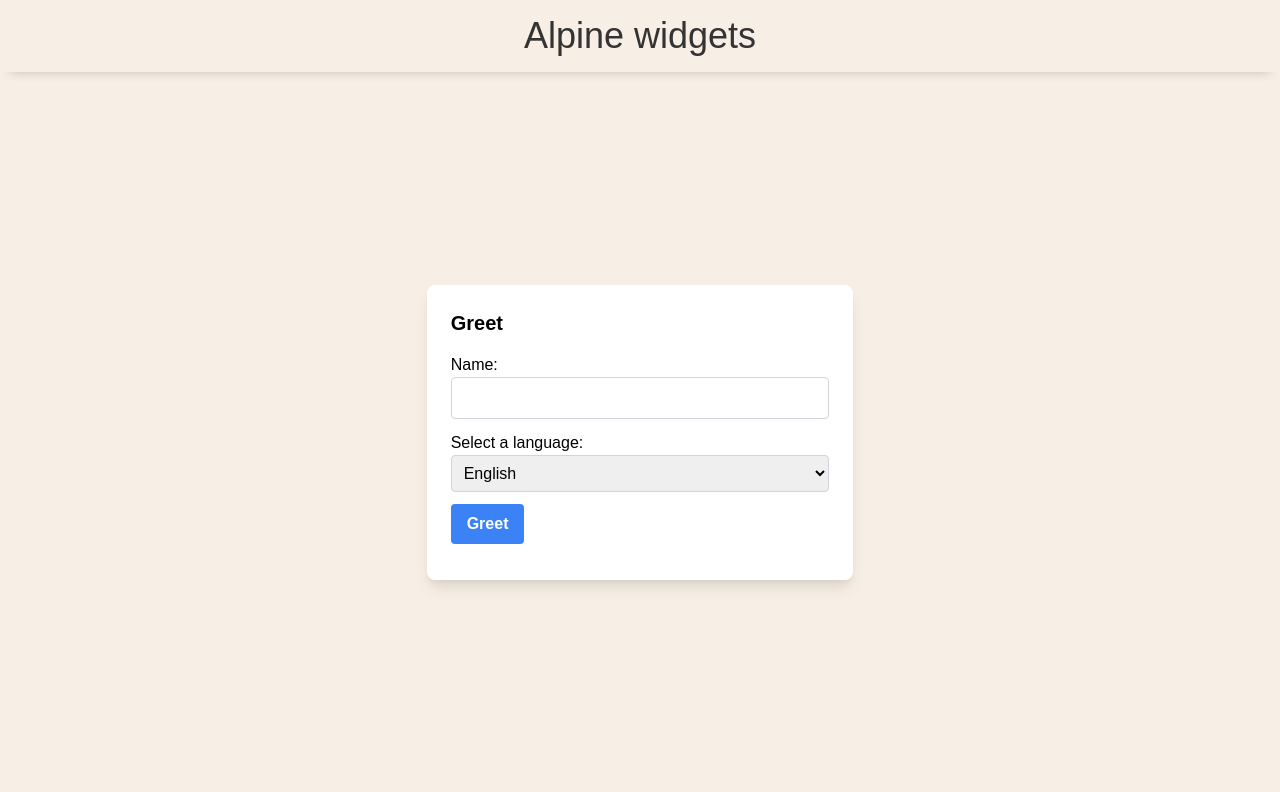
Repository: lasity34/alpine-bootcamp-widgets
Page: index.html
The author's editor kept a copy of each file at every save. The page is drawn from the files as they stood at one save, then again after the next save.
The browser window is 1280 px wide. The pictures show the whole page.
Some web fonts or font styles are not loaded; a fallback is used. Some web libraries are served in a nearby version.

Above is the page before, as saved 2023-07-12 11:27:02.

After the next save:
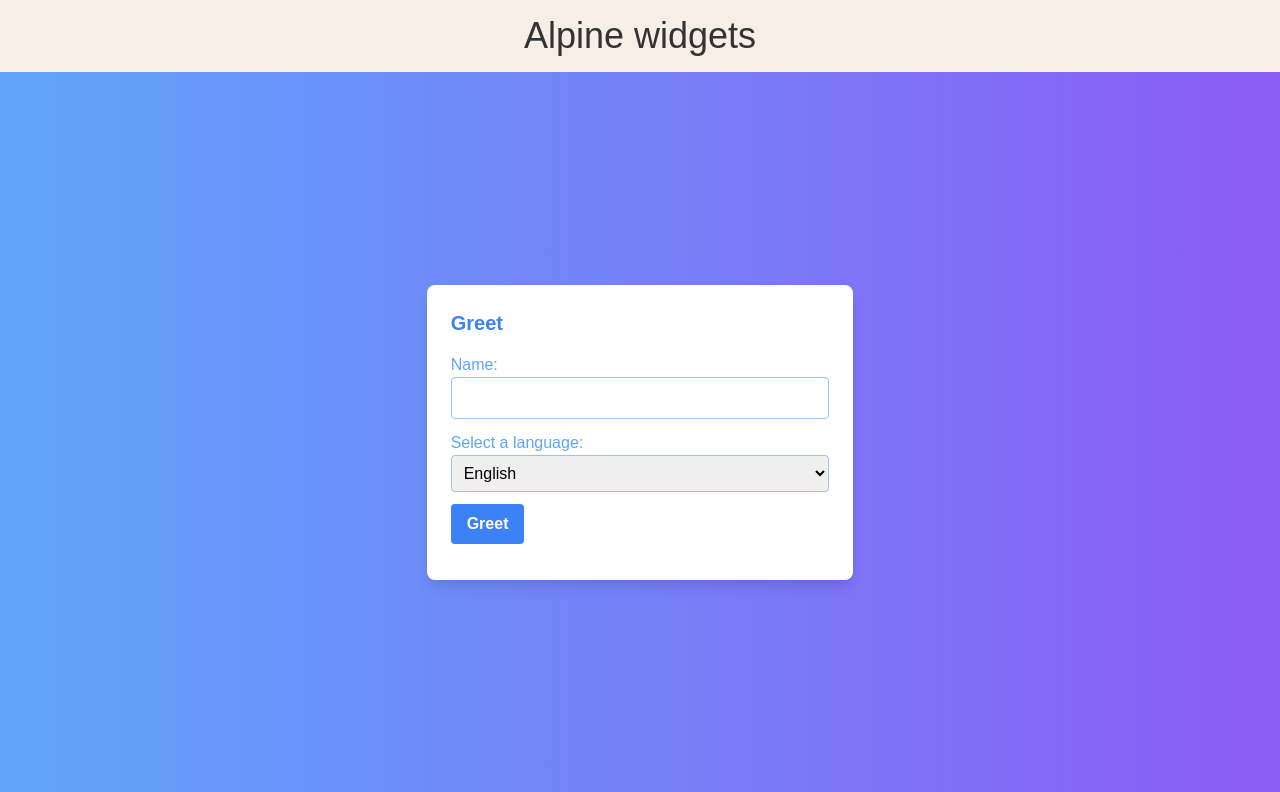
Saved 2 min 44 s later.
--- a/index.html
+++ b/index.html
@@ -16,15 +16,15 @@
 </head>
 <body >
     <h1 class="text-4xl text-center mt-4 pb-4" >Alpine widgets</h1>
-    <div class="flex justify-center items-center h-screen">
+    <div class="flex justify-center items-center h-screen bg-gradient-to-r from-blue-400 to-purple-500">
       <section class="w-1/3 bg-white rounded-lg shadow-lg p-6 m-4" x-data="greet">
-        <h2 class="text-xl font-bold mb-4">Greet</h2>
+        <h2 class="text-xl font-bold mb-4 text-blue-500">Greet</h2>
         <div>
-          <label>Name:</label>
-          <input type="text" x-model="name" class="border border-gray-300 p-2 rounded w-full"/>
+          <label class="text-blue-400">Name:</label>
+          <input type="text" x-model="name" class="border border-blue-300 p-2 rounded w-full"/>
 
-          <label class="mt-3 block">Select a language:</label>
-          <select x-model="language" class="border border-gray-300 p-2 rounded w-full">
+          <label class="mt-3 block text-blue-400">Select a language:</label>
+          <select x-model="language" class="border border-blue-300 p-2 rounded w-full">
             <option>English</option>
             <option>French</option>
             <option>Spanish</option>
@@ -32,11 +32,12 @@
 
           <button @click="greeting()" class="mt-3 bg-blue-500 hover:bg-blue-700 text-white font-bold py-2 px-4 rounded">Greet</button>
 
-          <p class="mt-3" x-text="message"></p>
+          <p class="mt-3 text-purple-600" x-text="message"></p>
 
         </div>
       </section>
-    </div>
+  </div>
+
 
 
     <script src="./greet.js"></script>
